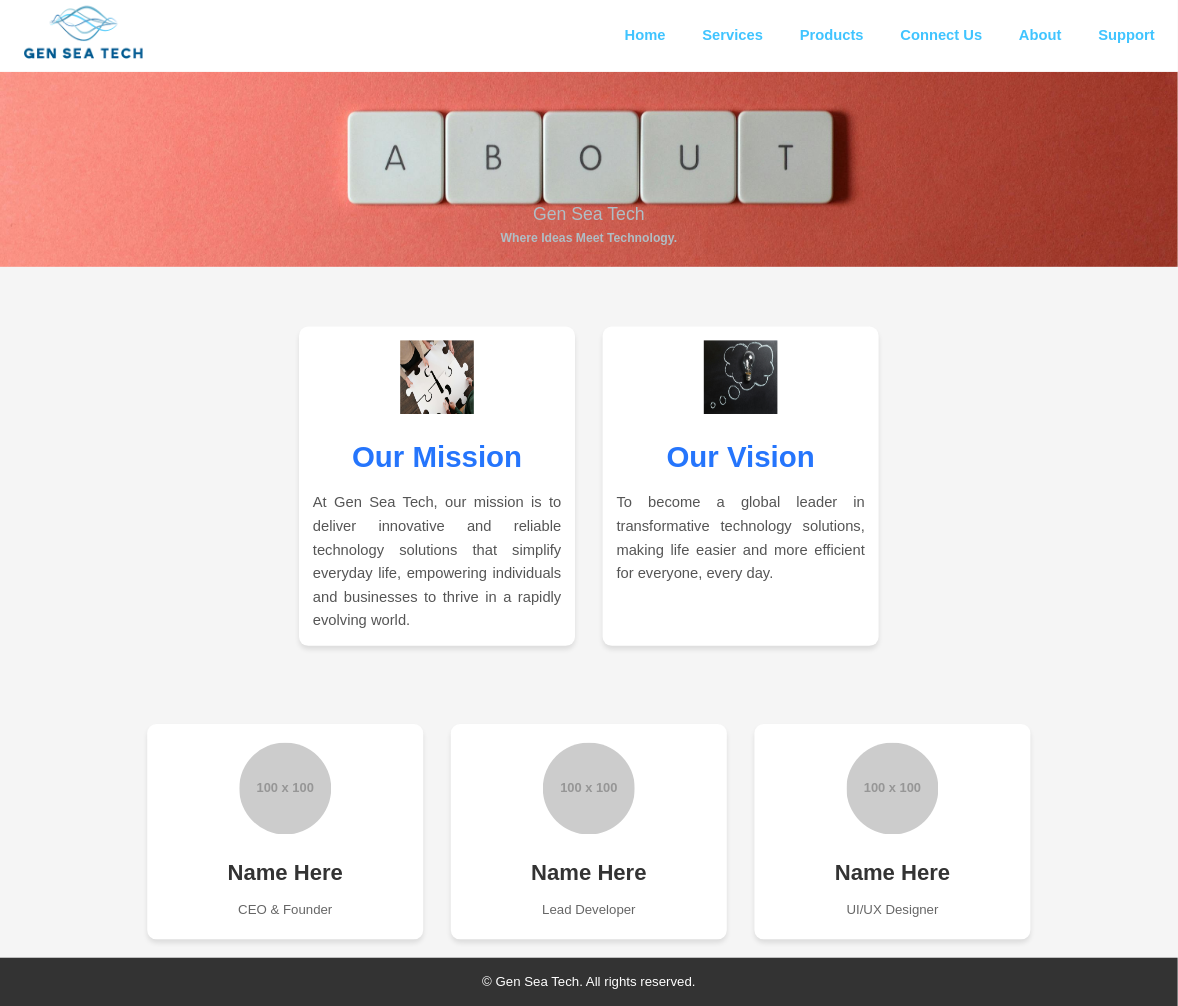
Repository: aniketkhatawkar/Gen_Sea_Tech
Page: http://localhost/GenSeaTech/about.jsp
The author's editor kept a copy of each file at every save. The page is drawn from the files as they stood at one save, then again after the next save.
The browser window is 1280 px wide. The pictures show the whole page, at 92% of full size.
The page is served by Tomcat 10.

Above is the page before, as saved 2024-12-14 12:10:10.

After the next save:
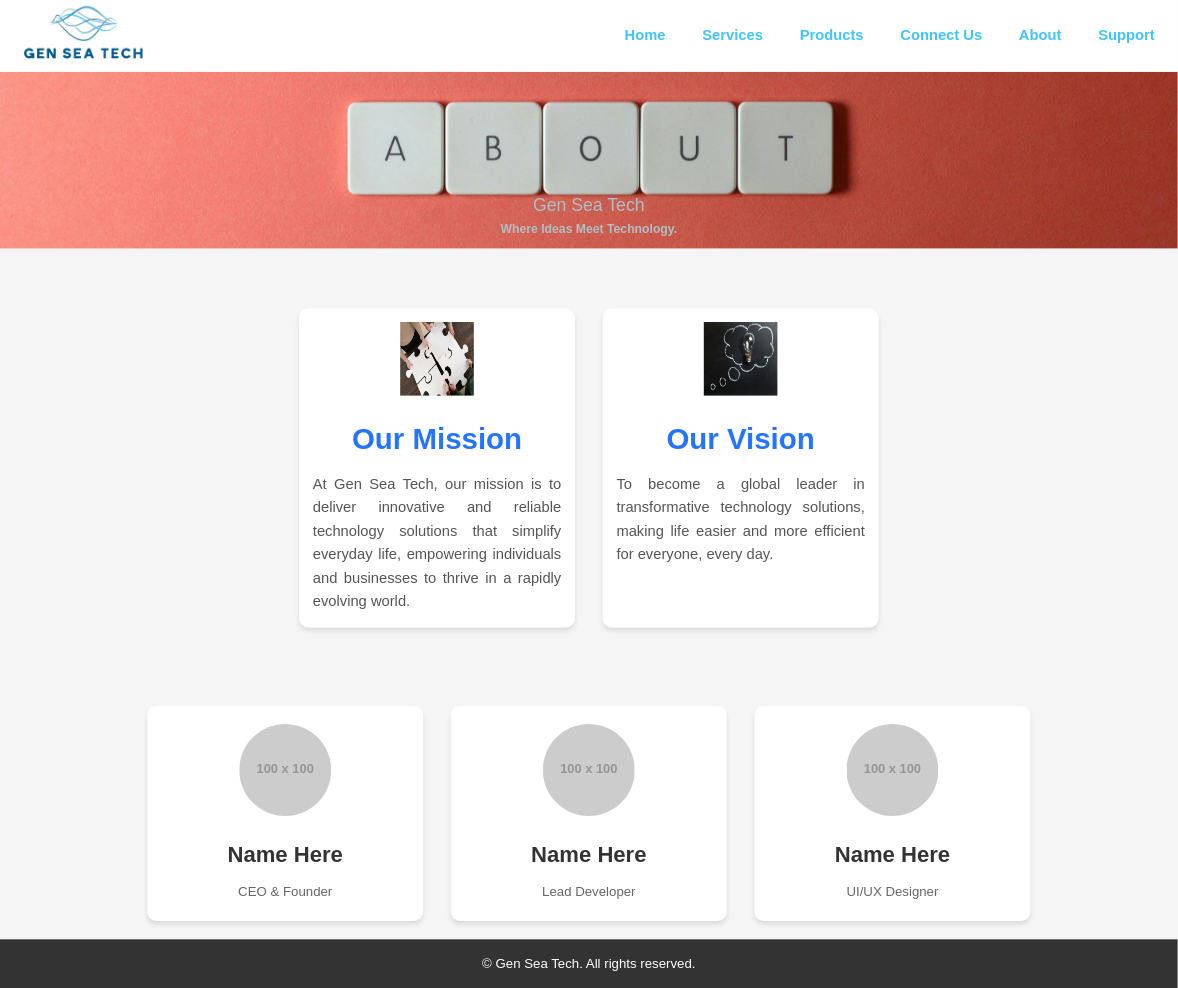
Saved 12 s later.
--- a/GenSeaTech/src/main/webapp/about.jsp
+++ b/GenSeaTech/src/main/webapp/about.jsp
@@ -24,7 +24,7 @@
 	    background-size: cover;
 	    object-fit: cover;
 		color: #b0bec5;
-	    padding: 20px 5px;
+	    padding: 10px 5px;
 	    text-align: center;
 	}
 
